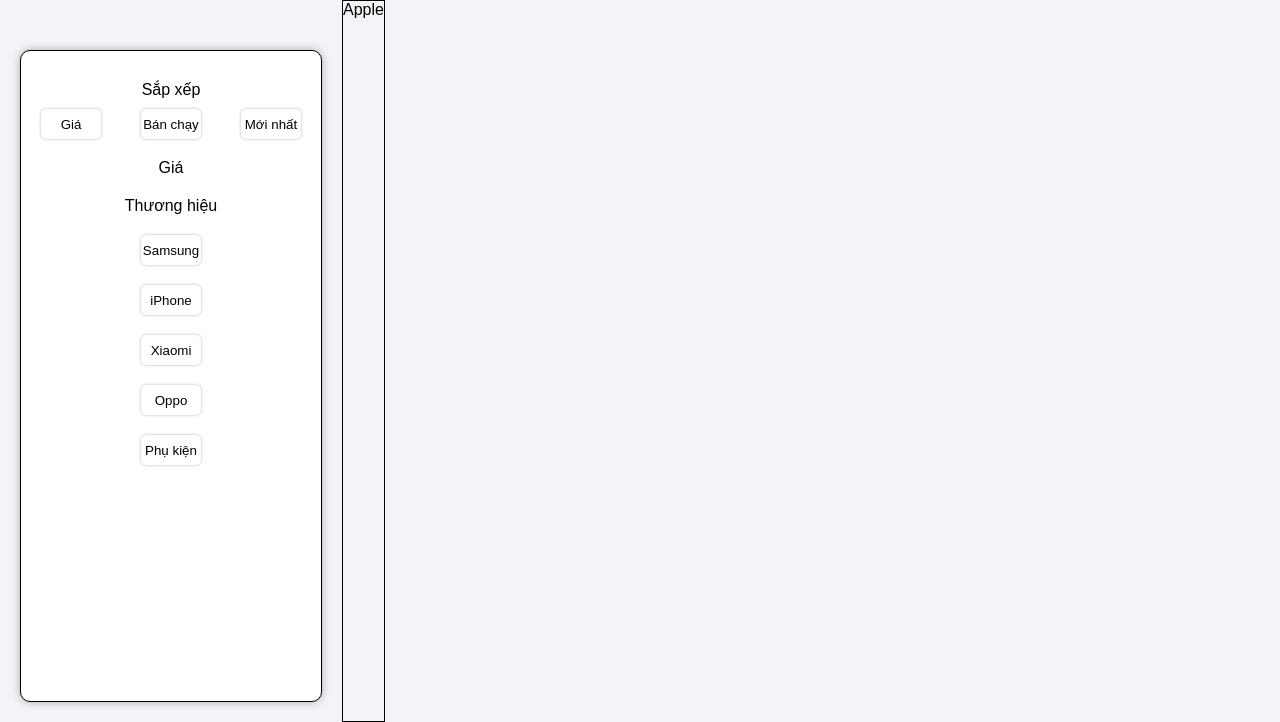
Repository: TrungSonQNIT2k4/ZENTECH
Page: showsp.html
These files come from the project's save history. The page is drawn as it stood at one moment and after the next save; the edit follows.
The browser window is 1280 px wide. The pictures show the whole page.
Some web fonts or font styles are not loaded; a fallback is used.

Above is the page before, as saved 2024-11-22 21:46:19.

### showsp.html
<!DOCTYPE html>
<html lang="en">

<head>
    <meta charset="UTF-8">
    <meta name="viewport" content="width=device-width, initial-scale=1.0">
    <title>ZENTECH</title>
    <link rel="stylesheet" href="style.css">
    <link rel="icon" type="image/png" href="/Data/Image/ICONLOGOZ.png" />
    <link href="https://fonts.googleapis.com/css2?family=Francois+One&display=swap" rel="stylesheet">
</head>
<body>
    <div class="container_show_item">
        <div class="menu_choose">
            <div class="Sort">
                <p>Sắp xếp</p>
                <div class="tools">
                    <button>Giá</button>
                    <button>Bán chạy</button>
                    <button>Mới nhất</button>
                </div>
            </div>
            <div class="Price_choose">
                <p>Giá</p>
                <div></div>
            </div>
            <div class="Brand_choose">
                <p>Thương hiệu</p>
                <div class="Brand_tools">
                    <button>Samsung</button>
                    <button>iPhone</button>
                    <button>Xiaomi</button>
                    <button>Oppo</button>
                    <button>Phụ kiện</button>
                </div>
            </div>
        </div>
        <div class="Show_item">
            <div class="name_brand">
                Apple
            </div>
        </div>
    </div>
</body>
</html>

### style.css
*{
    padding: 0;
    margin: 0;
    font-family: 'Francois One', sans-serif;
}
body{
  background-color: #F4F4F8;
}
p{
  color: black;
}
a{
    text-decoration: none;
}
li{
    list-style-type: none;
}
.header{
    display: flex;
    position: fixed;
    background-color: #F4F4F8;
    height: 100px;
    top: 0;
    left: 0;
    width: 100%;
    z-index: 1000;
    box-shadow: 0 6px 10px rgba(0, 0, 0, 0.15);
}
.header_inner{
  width: 100%;
  background-color: #F4F4F8;
  display: flex;
  margin: 10px;
  margin: 10px;
  justify-content: space-between;
  align-items: center;
  position: relative;
}
.header_logo{
  margin-top: 15px;
  padding: 5px;
  height: 120px;
  width: 200px;
  transition: all 0.6s;
}
.header_logo:hover{
  transform: scale(1.05);
}
.globalnav-list{
  display: flex;
  align-items: center;
  font-size: 25px;
  font-family: 'Francois One', sans-serif;
  white-space: nowrap;
}
.globalnav-list-content{
  margin-left: 30px;
  margin-right: 30px;
  transition: all 0.1s;
}
.globalnav-list-content:hover{
  color: red;
}
.menu_item{
  margin: 0 1rem;
}
.menu_item:hover .menu_child{
  opacity: 1;
  visibility: visible;
}
.menu_child{
  background-color: whitesmoke;
  display: flex;
  position: absolute;
  top: 120%;
  left: 0;
  width: 97%;
  padding: 20px;
  border-radius: 20px;
  opacity: 0;
  visibility: hidden;
  justify-content: space-around;
  transition: opacity 0.25s ease, visibility 0.25s ease;
  box-shadow: 0 0 8px rgba(0, 0, 0, 0.15);
}
.menu_child-list p{
  transition: 0.1s;
}
.menu_child-list p:hover{
  color: red;
}
.globalnav-tool{
  display: flex;
  align-items: center;
  white-space: nowrap;
}
.globalnav-tool-content{
  margin-left: 30px;
  margin-right: 30px;
  transition:all 0.5s;
}
.globalnav-tool-content:hover{
  transform: scale(1.1);
}
.icon{
    height: 30px;
    width: 30px;
    margin-top: 5px;
    margin-right: 5px;
}
.container{
    margin-top: 120px;
    margin-bottom: 350px;
    min-height: 1300px;
    background-color: #F4F4F8;
    margin-bottom: 500px;
}
.slogan p{
  font-size: 20px;
  margin: 10px;
  text-align: center;
  color: red;
}
.banner{
  display: flex;
  justify-content: center;
  min-height: 450px;
  width: 1300px;
  margin-right: 30px;
  margin-left: 30px;
  white-space: nowrap;
}
.banner ul{
  padding: 0;
  margin: 0;
  list-style-type: none;
}
.banner-content img{
  border-radius: 10px;
  height: 450px;
  width: 1200px;
}
.smartphone{
  margin-left: 30px;
  margin-right: 30px;
  height: 60px;
  white-space: nowrap;
}
.smartphone ul {
  justify-content: space-around;
  display: flex;
  padding: 0;
  margin-bottom: 20px;
  list-style-type: none;
}

.smartphone li {
  display: flex;
}
.smartphone-content{
  margin: 10px;
  border-radius: 10px;
  border: none;
  background-color: rgba(255, 0, 0, 0);
}
.smartphone-content img{
  border-radius: 10%;
  height: 250px;
  width: 250px;
  box-shadow: 4px 4px 8px rgba(0, 0, 0, 0.3);
  transition: all 0.6s;
}
.smartphone-content img:hover{
  transform: scale(1.05);
  box-shadow: 6px 6px 12px rgba(0, 0, 0, 0.5);
}
.header-item{
  margin-left: 30px;
  margin-right: 30px;
  display: flex;
  justify-content: space-between;
}
.header-topic button{
  height: 30px;
  width: 300px;
  background-color: #D2B48C;
  border: none;
  border-radius: 5px;
}
.header-topic h3{
  transition: all 0.3s;
}
.header-topic h3:hover{
  color: white;
}
.other-link button{
  height: 30px;
  width: 80px;
  margin-left: 5px;
  margin-right: 5px;
  border-radius: 10px;
  transition: all 0.4s;
}
.other-link button:hover{
  transform: scale(1.05);
}
.other-link p:hover{
  color: red;
}
.smartphone-items{
  margin-left: 30px;
  margin-right: 30px;
  display: flex;
}

.smartphone-item button{
  height: 300px;
  width: 240px;
  border-radius: 10px;
  border: none;
  background-color: white;
  box-shadow: 4px 4px 8px rgba(0, 0, 0, 0.3);
  transition: all 0.6s;
}
.smartphone-item button:hover{
  transform: scale(1.05);
}
.smartphone-item img{
  height: 190px;
  width: 180px;
  margin-bottom: 10px;
}
.smartphone-item p{
  font-size: 20px;
  font-weight: 100;
}
.price{
  color: red;
}
::-webkit-scrollbar {
  width: 12px;
  height: 12px;
}

/* Phần thanh kéo */
::-webkit-scrollbar-thumb {
  background-color: #888;
  border-radius: 10px;
  border: 3px solid #f1f1f1;
}

/* Phần đường ray */
::-webkit-scrollbar-track {
  background-color: #f1f1f1;
  border-radius: 10px;
}

/* Phần thanh cuộn khi hover */
::-webkit-scrollbar-thumb:hover {
  background-color: #555;
}
.footer{
    background-color: #F4F4F8;
    min-height: 50px;
    padding: 30px;
    bottom:0;
    margin-right: 30px;
    margin-left: 30px;
    border-radius: 10px;
    box-shadow: 0 -1px 10px rgba(0, 0, 0, 0.15);
}
.footer-menu{
  display: flex;
  justify-content: space-between;
}
.footer-menu-list p{
  transition: all 0.1s;
}
.footer-menu-list p:hover{
  color: red;
}
.footer-tool{
  margin-top: 20px;
  display: flex;
  justify-content: space-around;
}
.footer-tool-list  img{
  height: 90px;
  width: 180px;
}
.footer-menu-contact{
  display: flex;
  justify-content: center;
}
.footer-menu-contact img{
  margin-right: 10px;
  height: 50px;
  width: 50px;
  border-radius: 100%;
  transition: all 0.5s;
}
.footer-menu-contact img:hover{
  transform: scale(1.05);
}
.footer-tool-bank{
  display: flex;
  justify-content: center;
}
.footer-tool-bank img{
  margin-right: 10px;
  height: 50px;
  width: 50px;
  border-radius: 100%;
  transition: all 0.5s;
}
.footer-tool-bank img:hover{
  transform: scale(1.05);
}
.copyright{
  font-size: 12px;
  display: flex;
  justify-content: center;
}
/* showsp_html */
.container_show_item{
  display: flex;
}
.menu_choose{
  margin: 20px;
  margin-top: 50px;
  border: 1px solid;
  border-radius: 10px;
  width: 300px;
  height: 650px;
  box-shadow: 0px 0px 8px rgba(0, 0, 0, 0.3);
  background-color: white;
}
.menu_choose p{
  display: flex;
  justify-content: center;
}
.Sort{
  margin-top: 30px;
}
.tools{
  margin-top: 10px;
  display: flex;
  justify-content: space-around;
}
.tools button{
  height: 30px;
  width: 60px;
  border-radius: 5px;
  border: none;
  transition: 0.8s;
  box-shadow: 0px 0px 3px rgba(0, 0, 0, 0.3);
  background-color: white;
}
.tools button:hover{
  transform: scale(1.1);
  color: red;
}
.Price_choose{
  margin-top: 20px;
}
.Brand_choose{
  margin-top: 20px;
}
.Brand_tools{
  margin: 10px;
  display: grid;
  justify-content: center;
}
.Brand_tools button{
  background-color: white;
  margin: 10px;
  height: 30px;
  width: 60px;
  border-radius: 5px;
  border: none;
  transition: 0.8s;
  box-shadow: 0px 0px 3px rgba(0, 0, 0, 0.3);
}
.Brand_tools button:hover{
  transform: scale(1.1);
  color: red;
}
.Show_item{
  ma
  width: 80%;
  height: auto;
  border: 1px solid;
}

After the next save:
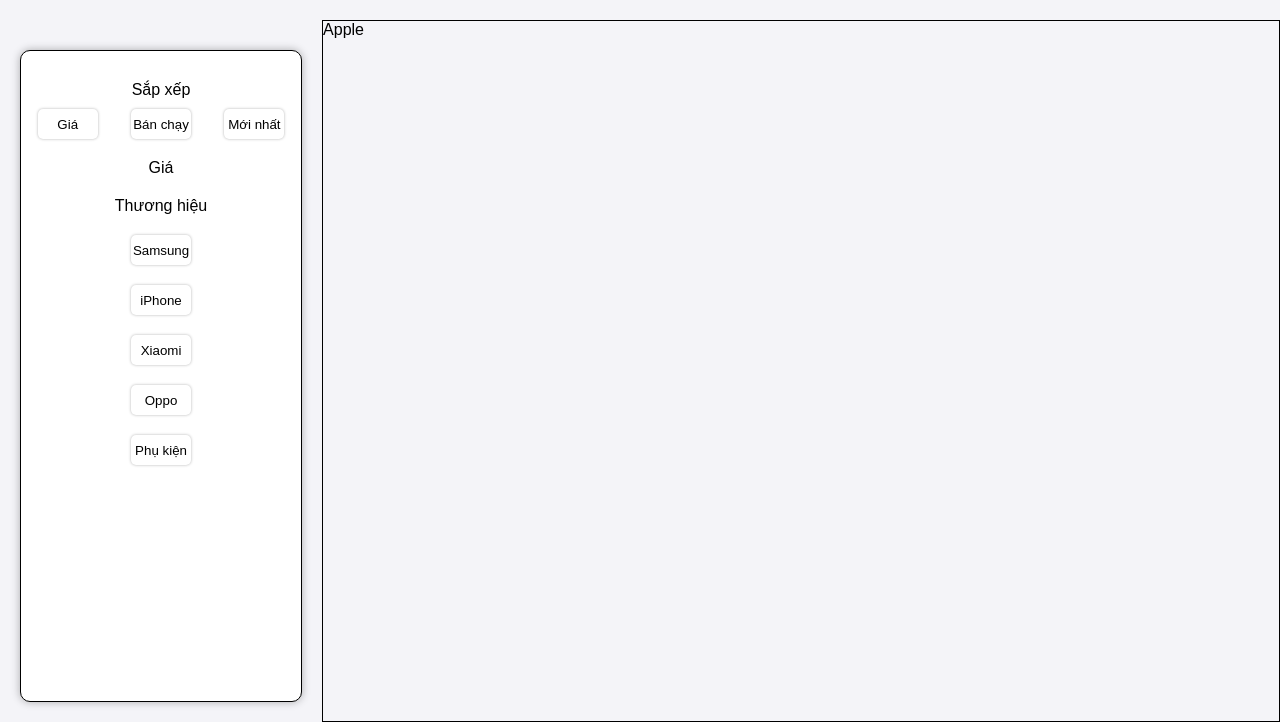
Saved 4 s later.
--- a/style.css
+++ b/style.css
@@ -386,7 +386,7 @@
   color: red;
 }
 .Show_item{
-  ma
+  margin-top: 20px;
   width: 80%;
   height: auto;
   border: 1px solid;
